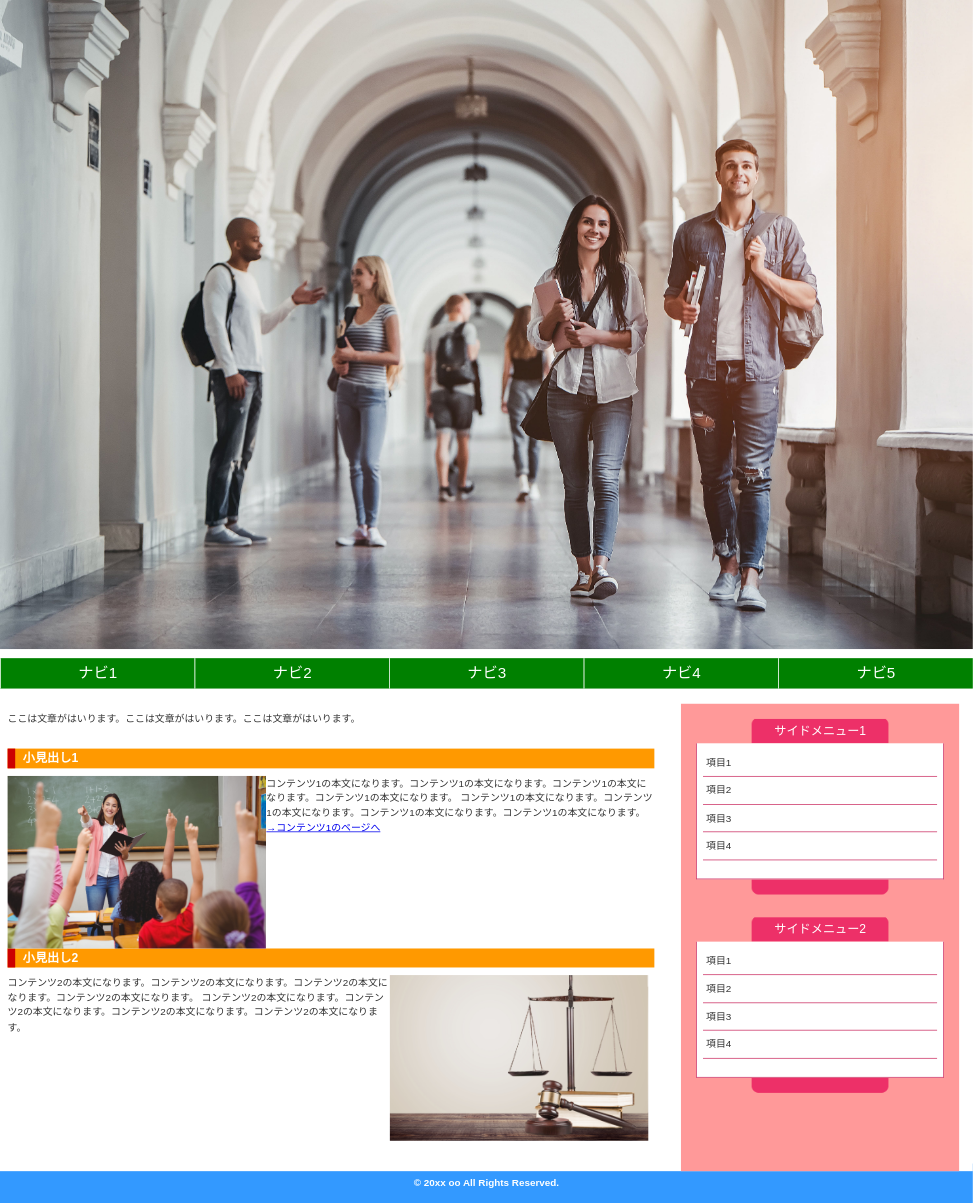
Repository: Yurika0602/samurai_HTML-CSS
Page: home.html
The author's editor kept a record of every edit. The page is drawn from the files as they stood at one moment, then again after the next edit.
The browser window is 1280 px wide. The pictures show the whole page, at 76% of full size.

Above is the page before.

### home.html
<!DOCTYPE html>
<html lang="ja">
    <head>
        <meta charset="UTF-8">
        <title>HTML/CSS学習</title>
        <link rel="stylesheet" href="stylesheet.css">
    </head>
    <body>
        <div id="header">
            <h1><a href="index.html"><img id="corridor" src="images/corridor.jpg" alt="大学の廊下"/></a></h1>
        </div>
        <div id="wrapper">
            <div id="nav">
                <ul>
                 <li><a href="home.html">ナビ1</a></li>
                 <li><a href="#">ナビ2</a></li>
                 <li><a href="#">ナビ3</a></li>
                 <li><a href="#">ナビ4</a></li>
                 <li><a href="#">ナビ5</a></li>
              </ul>
            </div>
            <div id="container">
                <div id="main">
                    <div class="post">
                        <p>ここは文章がはいります。ここは文章がはいります。ここは文章がはいります。</p>
                    </div>
                    <div class="clearfix">
                        <h2>小見出し1</h2>
                        <img class="left" src="images/classroom.jpg" alt="授業風景"/>
                        <p>
                            コンテンツ1の本文になります。コンテンツ1の本文になります。コンテンツ1の本文になります。コンテンツ1の本文になります。
                            コンテンツ1の本文になります。コンテンツ1の本文になります。コンテンツ1の本文になります。コンテンツ1の本文になります。
                        </p>
                        <p><a href="#">→コンテンツ1のページへ</a></p>
                    </div>
                    <div class="post clearfix">
                        <h2>小見出し2</h2>
                        <img class="right" src="images/scale.jpg" alt="天秤">
                        <p>
                            コンテンツ2の本文になります。コンテンツ2の本文になります。コンテンツ2の本文になります。コンテンツ2の本文になります。
                            コンテンツ2の本文になります。コンテンツ2の本文になります。コンテンツ2の本文になります。コンテンツ2の本文になります。
                        </p>
                    </div>
                </div>
               <div id="side">
                  <div class="box">
                        <h2>サイドメニュー1</h2>
                        <div class="boxBody">
                            <ul>
                                <li>項目1</li>
                                <li>項目2</li>
                                <li>項目3</li>
                                <li>項目4</li>
                            </ul>
                        </div>
                    </div>
                    <div class="box">
                        <h2>サイドメニュー2</h2>
                        <div class="boxBody">
                            <ul>
                                <li>項目1</li>
                                <li>項目2</li>
                                <li>項目3</li>
                                <li>項目4</li>
                            </ul>
                        </div>
                 </div>
               </div>
            </div>
            </div>
        </div>
        <div id="footer">
            <p>&copy; 20xx oo All Rights Reserved.</p>
        </div>
    </body>
</html>

### stylesheet.css
@charset "utf-8";

body {
    margin: 0;
    padding: 0;
    font-family: "ヒラギノ角ゴ　Pro W3", "Hiragino Kaku Gothic Pro", "メイリオ", Meiryo, Osaka, "MS Pゴシック", "MS PGothic", sans-serif;
    color: #333;
    font-size: 13px;
    line-height: 150%;
}

/*-------------------wrapper------------------------*/
#wrapper {
    width: 100%;
    margin: auto;
    padding: 0px;
    border: 0px;
    background-color: #FFF;
    top: 10px;
    position: relative;
}

/*-------------------header--------------------------*/
#header {
    width: 100%;
}
#header h1 {
    margin: 0;
    padding: 0;
}

#corridor {
    width: 100%;
    height: auto;
}

/*------------------footer---------------------------*/
#footer {
    clear: both;
    width: 100%;
    padding: 3px 0 3px 0;
    background: #39F;
    color: #FFF;
    font-weight: bold;
    text-align: center;
}

/*------------------nav------------------------------*/
#nav {
    width: 100%;
}
#nav ul {
    display: flex;
    margin: 0;
    padding: 0;
    list-style-type: none;
}
#nav ul li {
    width: 20%;
    text-align: center;
}
#nav ul li a {
    display: block;
    height: 20px;
    margin: 0;
    padding: 10px;
    color: #FFF;
    font-size: 20px;
    text-decoration: none;
    background-color: green;
    border-left: 1px solid white;
}

#nav ul li a:hover {
    filter: drop-shadow(10px 10px 10px black);
}

/*------------------------container-------------------------*/
#container {
    width: 100%;
    margin: auto;
    padding-top: 20px;
    clear: both;
    display: grid;
    grid-template-columns: 70vw 30vw;
}

/*--------------------------main----------------------------*/
#main {
    width: 95%;
    padding: 10px 30px 10px 10px;
}
#main h2 {
    margin: 0 0 10px 0;
    padding: 3px 10px 3px 10px;
    color: #FFF;
    font-size: 16px;
    border-left: solid 10px #C00;
    background-color: #F90;
}
#main p {
    margin: 0;
    padding: 0;
}
#main .post {
    margin: 0 0 30px 0;
}
#main .post img.right {
    margin: 0 8px 0 0;
}
#main .post img.left {
    margin: 0 8px 0 0;
}

.right {
    float: right;
    width: 40%;
    height: auto;
}

.left {
    float: left;
    width: 40%;
    height: auto;
}

/*----------------------clearfix------------------------*/
.clearfix {
    zoom: 1;
}
.clearfix::after {
    content: "";
    display: block;
    clear: both;
}

/*-------------------------side--------------------------*/
#side {
    width: 85%;
    padding: 20px;
    background-color: #F99;
}
#side .box {
    margin: 0 auto 30px auto;
    padding: 0 0 20px 0;
    background: url(images/side_box.png) bottom no-repeat;
}
#side .box h2 {
    margin: 0;
    padding: 8px;
    text-align: center;
    color: #fff;
    font-size: 16px;
    line-height: 16px;
    font-weight: normal;
    background: url(images/side_box_h2.png) center no-repeat;
}
#side .box .boxBody {
    padding: 8px;
    border-right: solid 1px #C36;
    border-bottom: solid 1px #C36;
    border-left: solid 1px #C36;
    background: #fff;
}
#side .box .boxBody ul {
    margin: 0 0 16px 0;
    padding: 0;
}
#side .box .boxBody ul li {
    padding: 8px 0 8px 4px;
    list-style: none;
    border-bottom: solid 1px #C36;
}

#side .box .boxBody ul li:hover {
    padding: 8px 0 8px 4px;
    list-style: none;
    border-bottom: solid 1px #C36;
    box-shadow: 0px 4px 4px rgb(0, 0, 0, 0.3);
}

After the next edit:
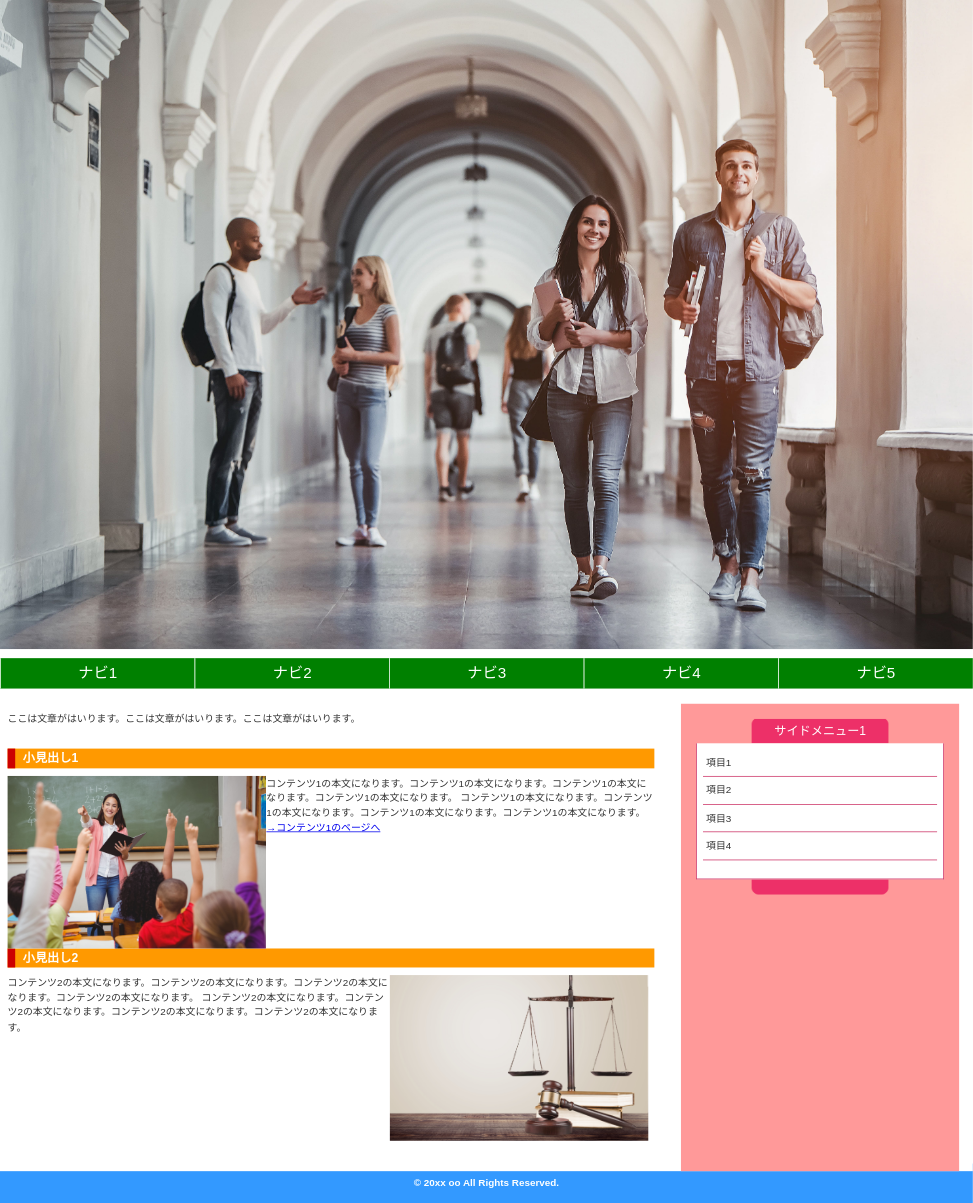
The edit:
--- a/home.html
+++ b/home.html
@@ -42,8 +42,8 @@
                         </p>
                     </div>
                 </div>
-               <div id="side">
-                  <div class="box">
+                <div id="side">
+                    <div class="box">
                         <h2>サイドメニュー1</h2>
                         <div class="boxBody">
                             <ul>
@@ -54,19 +54,7 @@
                             </ul>
                         </div>
                     </div>
-                    <div class="box">
-                        <h2>サイドメニュー2</h2>
-                        <div class="boxBody">
-                            <ul>
-                                <li>項目1</li>
-                                <li>項目2</li>
-                                <li>項目3</li>
-                                <li>項目4</li>
-                            </ul>
-                        </div>
-                 </div>
-               </div>
-            </div>
+                </div>
             </div>
         </div>
         <div id="footer">
